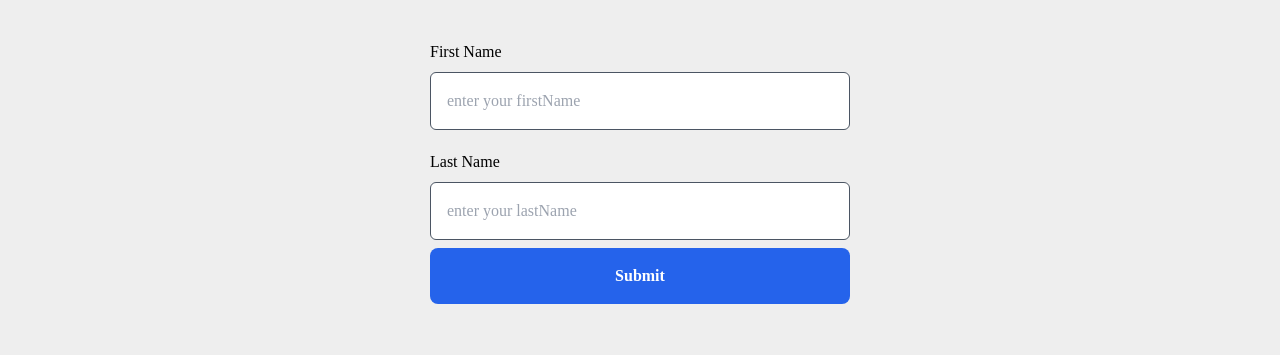
Repository: 16-Doffy/Fe-Khhoahoc
Page: /
The author's editor kept a copy of each file at every save. The page is drawn from the files as they stood at one save, then again after the next save.
The browser window is 1280 px wide. The pictures show the whole page.
The project was rebuilt for these pictures with package versions that can differ from the ones it lists, and the page was loaded fresh each time. Also part of the build but not shown: src/App.css.

Above is the page before, as saved 2025-02-11 05:02:28.

### src/index.js
import React from 'react';
import ReactDOM from 'react-dom/client';
import './index.css';
import App from './App';
import reportWebVitals from './reportWebVitals';
import "./index.scss"
const root = ReactDOM.createRoot(document.getElementById('root'));
root.render(
  <React.StrictMode>
    <App />
  </React.StrictMode>
);

// If you want to start measuring performance in your app, pass a function
// to log results (for example: reportWebVitals(console.log))
// or send to an analytics endpoint. Learn more: https://bit.ly/CRA-vitals
reportWebVitals();

### src/App.js
import "./App.css";
import SignUpForm from "./components/Form/SignUpForm";


function App() {
  return (
    <div>
      <SignUpForm />
    </div>
  );
}

export default App;

//<CardList><Card2/>
// const theme = {
//   //wanna change color in the future come here to change
//   colors: {
//     blue: "#2979ff",
//   },
//   orange: "#ffa440",
// };
// {/* <ThemeProvider theme={theme}>
// <CardList>
// <Card2 secondary={true}></Card2>
// <Card2 secondary={false}></Card2>
// <Card2 secondary={true}></Card2>
// <Card2 secondary={false}></Card2>
// <Card2 secondary={true}></Card2>
//  </CardList>
// </ThemeProvider> */}

### src/index.scss
@tailwind base;
@tailwind components;
@tailwind utilities;

@layer base {
    @import url("https://fonts.googleapis.com/css2?family=Poppins:ital,wght@0,100;0,200;0,300;0,400;0,500;0,600;0,700;0,800;0,900;1,100;1,200;1,300;1,400;1,500;1,600;1,700;1,800;1,900&display=swap");
    body{
        font-family: "Poppins", serif;
    }
}
.skeleton {
    background-color: #eee;
    background-image: linear-gradient(110deg, #ececec, 8%,#f5f5f5, 18% , #ececec, 33%);
    border-radius: 5px;
    background-size: 200% 100%;
    animation:  1.5 shine linear infinite;
}
@keyframes shine {
    to {
        background-position-x:-200% ;
    }
}

### src/components/Form/SignUpForm.js
import React from "react";
import { useFormik } from "formik";

const validate = (values) => {
  const error = {};
  if (!values.firstName) {
    error.firstName = "Required";
  } else if (values.firstName.length > 20) {
    error.firstName = "must be 20 character or less";
  }
  return error;
};

const SignUpForm = () => {
  const formik = useFormik({
    initialValues: {
      firstName: "",
      lastName:"",
    },
    validate,
    onSubmit: (values) => {
      console.log(values);
    },
  });
  return (
    <form
      onSubmit={formik.handleSubmit}
      className="p-10 w-full max-w-[500px] mx-auto"
    >
      <div className="flex flex-col gap-2 mb-5">
        <label htmlFor="firstName">First Name</label>
        <input
          type="text"
          name="firstName"
          id="firstName"
          placeholder="enter your firstName"
          className="p-4 rounded-md border border-gray-600"
          value={formik.values.firstName}
          onChange={formik.handleChange}
        />
      </div>

      <div className="flex flex-col gap-2 mb-5">
        <label htmlFor="lastName">Last Name</label>
        <input
          type="text"
          name="lastName"
          id="lastName"
          placeholder="enter your lastName"
          className="p-4 rounded-md border border-gray-600"

        />
        {formik.errors.firstName ? <div className="text-sm text-red-500">{formik.errors.firstName} </div> : null }
        <div>
        <button  type="submit" className="w-full p-4 bg-blue-600 text-white font-semibold rounded-lg">
          Submit
        </button>
        </div>
      </div>
    </form>
  );
};

export default SignUpForm;

### tailwind.config.js
/** @type {import('tailwindcss').Config} */
module.exports = {
  mode: "jit",
  content: ["./src/**/*.{html,js}"],
  theme: {
    extend: {
      backgroundImage: {
        'radiant': `linear-gradient(0.25turn, #3f87a6, #ebf8e1, #f69d3c)`,
        'footer-texture': "url('/img/footer-texture.png')", // Sửa ở đây
        'secondary-radiant': `linear-gradient(#e66465, #9198e5)`,
      },
    },
  },
  plugins: [],
}

Loaded but not shown: public/index.html (common file); src/index.css (common file); src/reportWebVitals.js (common file)

After the next save:
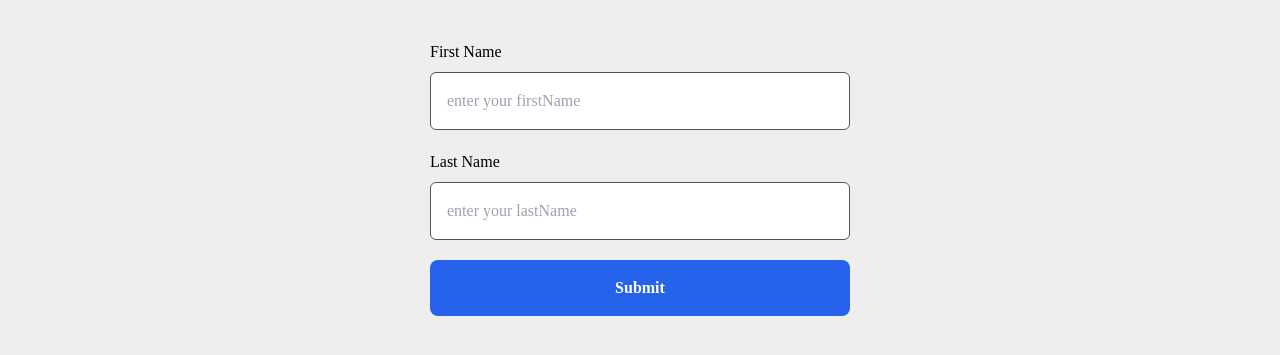
Saved 35 s later.
--- a/src/components/Form/SignUpForm.js
+++ b/src/components/Form/SignUpForm.js
@@ -50,13 +50,14 @@ const SignUpForm = () => {
           className="p-4 rounded-md border border-gray-600"
 
         />
-        {formik.errors.firstName ? <div className="text-sm text-red-500">{formik.errors.firstName} </div> : null }
+
+      </div>
+      {formik.errors.firstName ? <div className="text-sm text-red-500">{formik.errors.firstName} </div> : null }
         <div>
         <button  type="submit" className="w-full p-4 bg-blue-600 text-white font-semibold rounded-lg">
           Submit
         </button>
         </div>
-      </div>
     </form>
   );
 };
